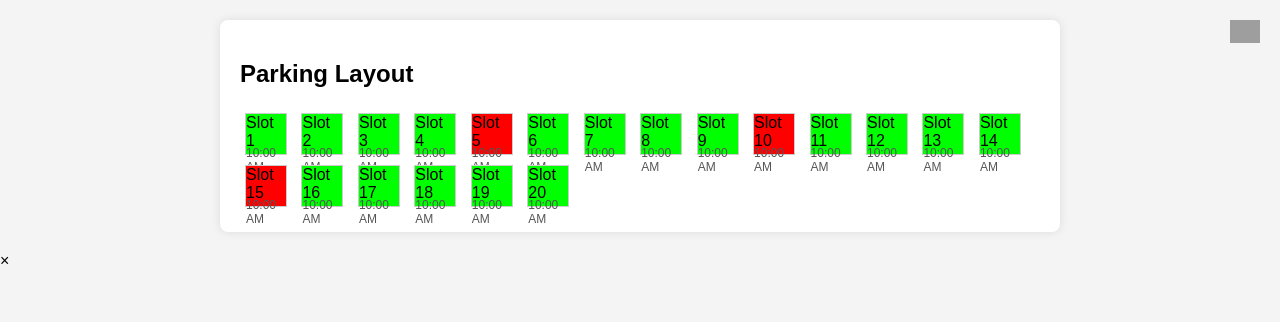
Repository: suryavishakan/parking_management
Page: http://localhost/slots
These files come from the project's save history. The page is drawn as it stood at one moment and after the next save; the edit follows.
The browser window is 1280 px wide. The pictures show the whole page.
Pictures or frames that could not be fetched are drawn as grey boxes. The page is served by the project's application, run on Flask 3 (app.py).

Above is the page before, as saved 2024-04-21 15:07:23.

After the next save:
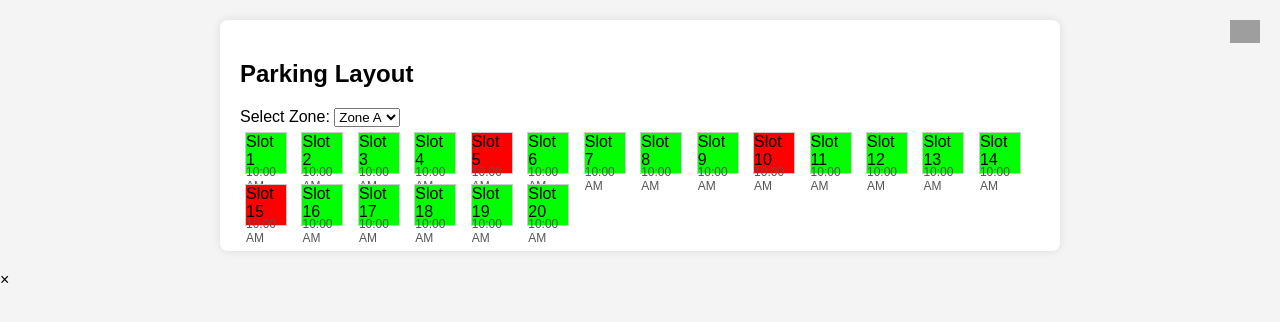
Saved 66 min 50 s later.
--- a/templates/slots.html
+++ b/templates/slots.html
@@ -49,6 +49,15 @@
 <body>
     <div class="parking-layout">
         <h2>Parking Layout</h2>
+        <!-- Dropdown to select zone -->
+        <div>
+            <label for="zoneSelect">Select Zone:</label>
+            <select id="zoneSelect">
+                <option value="A">Zone A</option>
+                <option value="B">Zone B</option>
+                <option value="C">Zone C</option>
+            </select>
+        </div>
         <div class="slots">
             <!-- Generate parking slots dynamically -->
             <!-- For demonstration purposes, let's assume slots 5, 10, and 15 are booked -->
@@ -68,10 +77,6 @@
             <span class="close">&times;</span>
             <!-- Add user details here -->
             <div id="userDetails"></div>
-            <!--<h2>User Details</h2>
-            <p>Username: JohnDoe</p>
-            <p>Email: john@example.com</p>-->
-            <!-- Add more user details as needed -->
         </div>
     </div>
 
@@ -91,7 +96,6 @@
                         <h2>User Details</h2>
                         <p>Username: ${data.username}</p>
                         <p>Email: ${data.email}</p>
-                        <!-- Add more user details as needed -->
                     `;
                     // Display user details in modal
                     document.getElementById('userDetails').innerHTML = userDetailsHTML;
@@ -100,6 +104,7 @@
                 })
                 .catch(error => console.error('Error fetching user details:', error));
         }
+
         // Get the modal
         var modal = document.getElementById("userDetailsModal");
 
@@ -109,12 +114,8 @@
         // Get the <span> element that closes the modal
         var span = document.getElementsByClassName("close")[0];
 
+        // Event listener for user button
         btn.addEventListener('click', getUserDetails);
-
-        // When the user clicks the button, open the modal
-        //btn.onclick = function() {
-          //  modal.style.display = "block";
-        //}
 
         // When the user clicks on <span> (x), close the modal
         span.onclick = function() {
